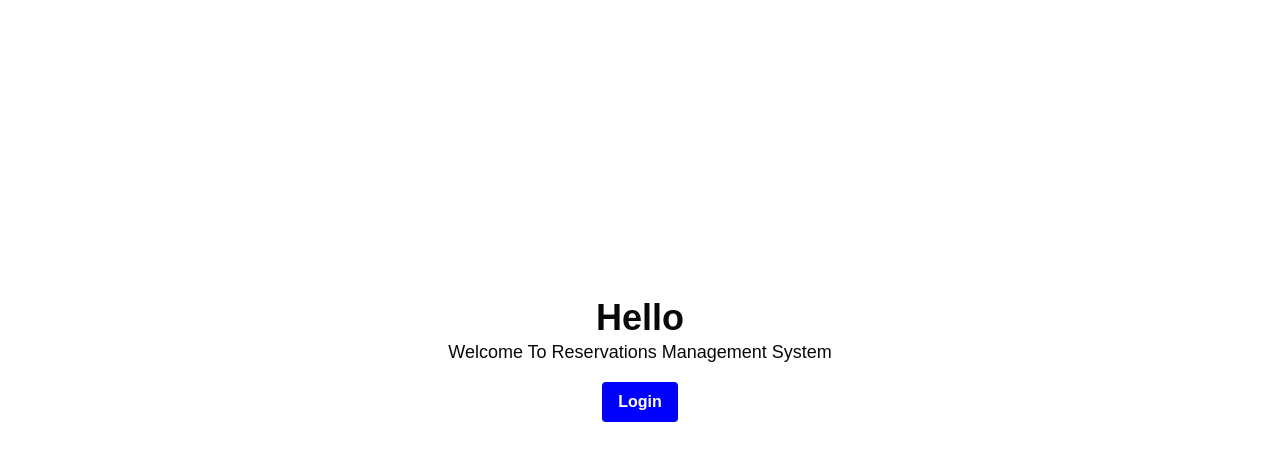
Repository: yasserrrz/UNIQUD
Page: /
An editor plug-in stored every save of this project. The page is shown before and after the next save, followed by the edit.
The browser window is 1280 px wide. The pictures show the whole page.
The project was rebuilt for these pictures with package versions that can differ from the ones it lists, and the page was loaded fresh each time. The framework's server and built-in components were replaced by stand-ins that run in the browser. Also part of the build but not shown: next.config.mjs.

Above is the page before, as saved 2025-01-26 13:17:56.

### src/app/layout.js
import { Geist, Geist_Mono } from "next/font/google";
import "./globals.css";
import { AuthProvider } from "@/contexts/AuthContext";
import { Toaster } from "@/components/ui/toaster";

const geistSans = Geist({
  variable: "--font-geist-sans",
  subsets: ["latin"],
});

const geistMono = Geist_Mono({
  variable: "--font-geist-mono",
  subsets: ["latin"],
});

export const metadata = {
  title: "Create Next App",
  description: "Generated by create next app",
};

export default function RootLayout({ children }) {
  return (
    <html lang="en">
      <body
        className={`${geistSans.variable} ${geistMono.variable} antialiased`}
      >
        <AuthProvider>{children}</AuthProvider>

        <Toaster />
      </body>
    </html>
  );
}

### src/app/page.js
import Link from "next/link";


export default function Home() {
 return(
  <>
   <div className="flex flex-col items-center justify-center h-screen">
    <h1 className="text-4xl font-bold">
       Hello
    </h1>
    <p className="text-lg">Welcome To Reservations Management System</p>
     <Link href="/login">
      <button className="bg-[#0000FF] hover:bg-blue-700 text-white font-bold py-2 px-4 rounded mt-4">
        Login
      </button>
     </Link>
    </div>
  </>
 )
}

### src/contexts/AuthContext.js
"use client";

import React, { createContext, useState, useContext, useEffect } from "react";
import { useRouter } from "next/navigation";
import Cookies from "js-cookie";

const AuthContext = createContext();

export const AuthProvider = ({ children }) => {
  const [user, setUser] = useState(null);
  const router = useRouter();

  useEffect(() => {
    const authToken = Cookies.get("authToken");
    const userRole = Cookies.get("userRole");
    if (authToken && userRole) {
      setUser({ role: userRole });
    }
  }, []);

  const login = (username, password) => {
    if (username === "user" && password === "password") {
      setUser({ role: "user" });
      Cookies.set("authToken", "user-token", { expires: 1 });
      Cookies.set("userRole", "user", { expires: 1 });
      router.push("/dashboard/user");
    } else if (username === "admin" && password === "admin") {
      setUser({ role: "admin" });
      Cookies.set("authToken", "admin-token", { expires: 1 });
      Cookies.set("userRole", "admin", { expires: 1 });
      router.push("/dashboard/admin");
    }
  };

  const logout = () => {
    setUser(null);
    Cookies.remove("authToken");
    Cookies.remove("userRole");
    router.push("/");
  };

  return (
    <AuthContext.Provider value={{ user, login, logout }}>
      {children}
    </AuthContext.Provider>
  );
};

export const useAuth = () => useContext(AuthContext);

### src/components/ui/toaster.jsx
"use client"

import { useToast } from "@/hooks/use-toast"
import {
  Toast,
  ToastClose,
  ToastDescription,
  ToastProvider,
  ToastTitle,
  ToastViewport,
} from "@/components/ui/toast"

export function Toaster() {
  const { toasts } = useToast()

  return (
    (<ToastProvider>
      {toasts.map(function ({ id, title, description, action, ...props }) {
        return (
          (<Toast key={id} {...props}>
            <div className="grid gap-1">
              {title && <ToastTitle>{title}</ToastTitle>}
              {description && (
                <ToastDescription>{description}</ToastDescription>
              )}
            </div>
            {action}
            <ToastClose />
          </Toast>)
        );
      })}
      <ToastViewport />
    </ToastProvider>)
  );
}

### src/hooks/use-toast.js
"use client";
// Inspired by react-hot-toast library
import * as React from "react"

const TOAST_LIMIT = 1
const TOAST_REMOVE_DELAY = 1000000

const actionTypes = {
  ADD_TOAST: "ADD_TOAST",
  UPDATE_TOAST: "UPDATE_TOAST",
  DISMISS_TOAST: "DISMISS_TOAST",
  REMOVE_TOAST: "REMOVE_TOAST"
}

let count = 0

function genId() {
  count = (count + 1) % Number.MAX_SAFE_INTEGER
  return count.toString();
}

const toastTimeouts = new Map()

const addToRemoveQueue = (toastId) => {
  if (toastTimeouts.has(toastId)) {
    return
  }

  const timeout = setTimeout(() => {
    toastTimeouts.delete(toastId)
    dispatch({
      type: "REMOVE_TOAST",
      toastId: toastId,
    })
  }, TOAST_REMOVE_DELAY)

  toastTimeouts.set(toastId, timeout)
}

export const reducer = (state, action) => {
  switch (action.type) {
    case "ADD_TOAST":
      return {
        ...state,
        toasts: [action.toast, ...state.toasts].slice(0, TOAST_LIMIT),
      };

    case "UPDATE_TOAST":
      return {
        ...state,
        toasts: state.toasts.map((t) =>
          t.id === action.toast.id ? { ...t, ...action.toast } : t),
      };

    case "DISMISS_TOAST": {
      const { toastId } = action

      // ! Side effects ! - This could be extracted into a dismissToast() action,
      // but I'll keep it here for simplicity
      if (toastId) {
        addToRemoveQueue(toastId)
      } else {
        state.toasts.forEach((toast) => {
          addToRemoveQueue(toast.id)
        })
      }

      return {
        ...state,
        toasts: state.toasts.map((t) =>
          t.id === toastId || toastId === undefined
            ? {
                ...t,
                open: false,
              }
            : t),
      };
    }
    case "REMOVE_TOAST":
      if (action.toastId === undefined) {
        return {
          ...state,
          toasts: [],
        }
      }
      return {
        ...state,
        toasts: state.toasts.filter((t) => t.id !== action.toastId),
      };
  }
}

const listeners = []

let memoryState = { toasts: [] }

function dispatch(action) {
  memoryState = reducer(memoryState, action)
  listeners.forEach((listener) => {
    listener(memoryState)
  })
}

function toast({
  ...props
}) {
  const id = genId()

  const update = (props) =>
    dispatch({
      type: "UPDATE_TOAST",
      toast: { ...props, id },
    })
  const dismiss = () => dispatch({ type: "DISMISS_TOAST", toastId: id })

  dispatch({
    type: "ADD_TOAST",
    toast: {
      ...props,
      id,
      open: true,
      onOpenChange: (open) => {
        if (!open) dismiss()
      },
    },
  })

  return {
    id: id,
    dismiss,
    update,
  }
}

function useToast() {
  const [state, setState] = React.useState(memoryState)

  React.useEffect(() => {
    listeners.push(setState)
    return () => {
      const index = listeners.indexOf(setState)
      if (index > -1) {
        listeners.splice(index, 1)
      }
    };
  }, [state])

  return {
    ...state,
    toast,
    dismiss: (toastId) => dispatch({ type: "DISMISS_TOAST", toastId }),
  };
}

export { useToast, toast }

### src/components/ui/toast.jsx
"use client";
import * as React from "react"
import * as ToastPrimitives from "@radix-ui/react-toast"
import { cva } from "class-variance-authority";
import { X } from "lucide-react"

import { cn } from "@/lib/utils"

const ToastProvider = ToastPrimitives.Provider

const ToastViewport = React.forwardRef(({ className, ...props }, ref) => (
  <ToastPrimitives.Viewport
    ref={ref}
    className={cn(
      "fixed top-0 z-[100] flex max-h-screen w-full flex-col-reverse p-4 sm:bottom-0 sm:right-0 sm:top-auto sm:flex-col md:max-w-[420px]",
      className
    )}
    {...props} />
))
ToastViewport.displayName = ToastPrimitives.Viewport.displayName

const toastVariants = cva(
  "group pointer-events-auto relative flex w-full items-center justify-between space-x-2 overflow-hidden rounded-md border p-4 pr-6 shadow-lg transition-all data-[swipe=cancel]:translate-x-0 data-[swipe=end]:translate-x-[var(--radix-toast-swipe-end-x)] data-[swipe=move]:translate-x-[var(--radix-toast-swipe-move-x)] data-[swipe=move]:transition-none data-[state=open]:animate-in data-[state=closed]:animate-out data-[swipe=end]:animate-out data-[state=closed]:fade-out-80 data-[state=closed]:slide-out-to-right-full data-[state=open]:slide-in-from-top-full data-[state=open]:sm:slide-in-from-bottom-full",
  {
    variants: {
      variant: {
        default: "border bg-background text-foreground",
        destructive:
          "destructive group border-destructive bg-destructive text-destructive-foreground",
      },
    },
    defaultVariants: {
      variant: "default",
    },
  }
)

const Toast = React.forwardRef(({ className, variant, ...props }, ref) => {
  return (
    (<ToastPrimitives.Root
      ref={ref}
      className={cn(toastVariants({ variant }), className)}
      {...props} />)
  );
})
Toast.displayName = ToastPrimitives.Root.displayName

const ToastAction = React.forwardRef(({ className, ...props }, ref) => (
  <ToastPrimitives.Action
    ref={ref}
    className={cn(
      "inline-flex h-8 shrink-0 items-center justify-center rounded-md border bg-transparent px-3 text-sm font-medium transition-colors hover:bg-secondary focus:outline-none focus:ring-1 focus:ring-ring disabled:pointer-events-none disabled:opacity-50 group-[.destructive]:border-muted/40 group-[.destructive]:hover:border-destructive/30 group-[.destructive]:hover:bg-destructive group-[.destructive]:hover:text-destructive-foreground group-[.destructive]:focus:ring-destructive",
      className
    )}
    {...props} />
))
ToastAction.displayName = ToastPrimitives.Action.displayName

const ToastClose = React.forwardRef(({ className, ...props }, ref) => (
  <ToastPrimitives.Close
    ref={ref}
    className={cn(
      "absolute right-1 top-1 rounded-md p-1 text-foreground/50 opacity-0 transition-opacity hover:text-foreground focus:opacity-100 focus:outline-none focus:ring-1 group-hover:opacity-100 group-[.destructive]:text-red-300 group-[.destructive]:hover:text-red-50 group-[.destructive]:focus:ring-red-400 group-[.destructive]:focus:ring-offset-red-600",
      className
    )}
    toast-close=""
    {...props}>
    <X className="h-4 w-4" />
  </ToastPrimitives.Close>
))
ToastClose.displayName = ToastPrimitives.Close.displayName

const ToastTitle = React.forwardRef(({ className, ...props }, ref) => (
  <ToastPrimitives.Title
    ref={ref}
    className={cn("text-sm font-semibold [&+div]:text-xs", className)}
    {...props} />
))
ToastTitle.displayName = ToastPrimitives.Title.displayName

const ToastDescription = React.forwardRef(({ className, ...props }, ref) => (
  <ToastPrimitives.Description ref={ref} className={cn("text-sm opacity-90", className)} {...props} />
))
ToastDescription.displayName = ToastPrimitives.Description.displayName

export { ToastProvider, ToastViewport, Toast, ToastTitle, ToastDescription, ToastClose, ToastAction };

Loaded but not shown: src/app/globals.css (common file); src/lib/utils.js (common file); tailwind.config.mjs (common file)

After the next save:
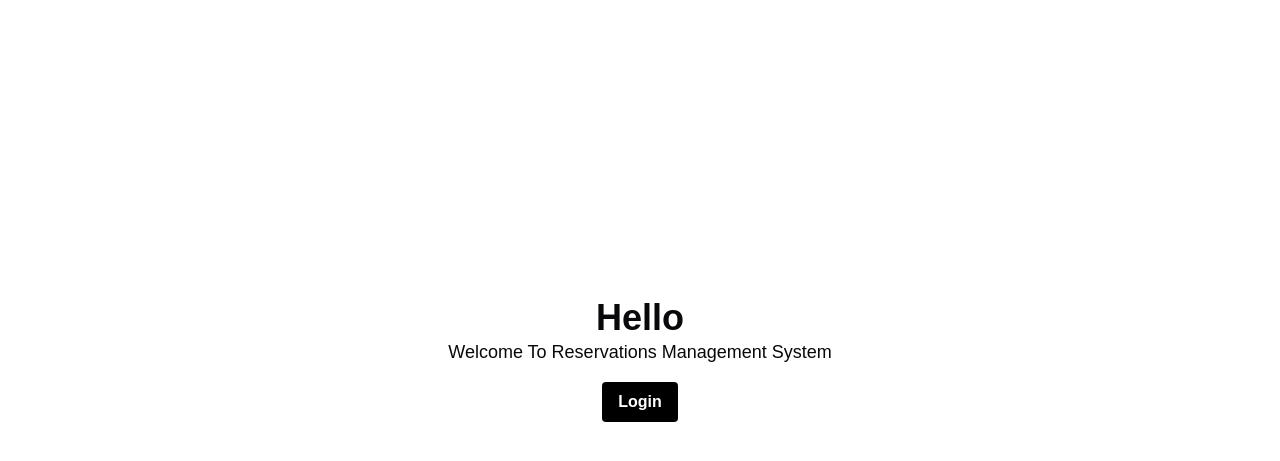
Saved 5 s later.
--- a/src/app/page.js
+++ b/src/app/page.js
@@ -10,7 +10,7 @@
     </h1>
     <p className="text-lg">Welcome To Reservations Management System</p>
      <Link href="/login">
-      <button className="bg-[#0000FF] hover:bg-blue-700 text-white font-bold py-2 px-4 rounded mt-4">
+      <button className="bg-[#000] hover:bg-blue-700 text-white font-bold py-2 px-4 rounded mt-4">
         Login
       </button>
      </Link>
